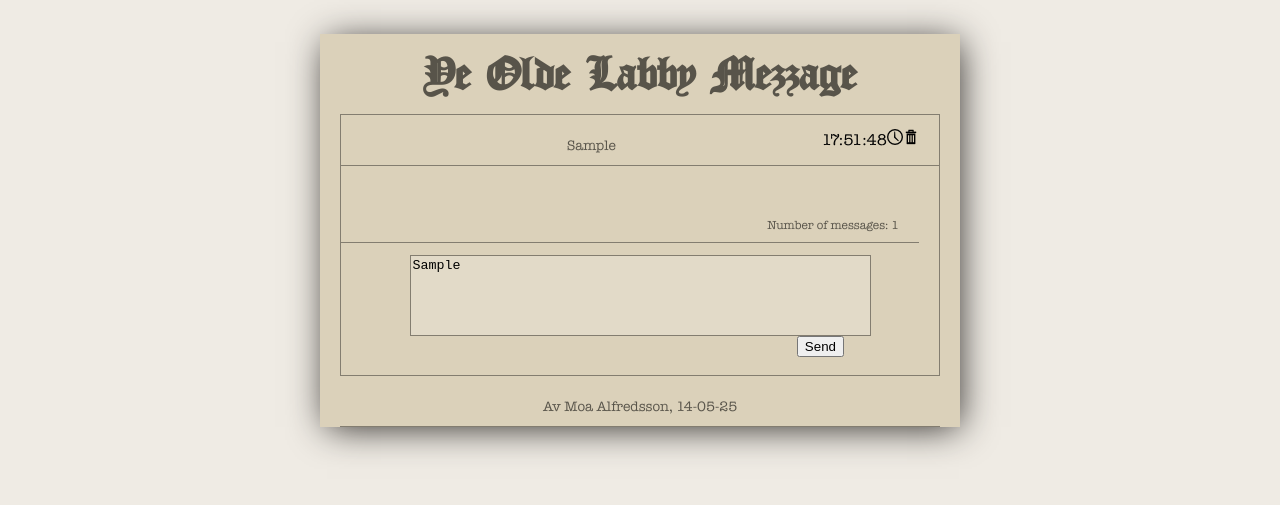
Repository: ma223md/1dv403-laborationer
Page: 2-labbymezzage/index.html
The author's editor kept a record of every edit. The page is drawn from the files as they stood at one moment, then again after the next edit.
The browser window is 1280 px wide. The pictures show the whole page.
Empty fields were first filled with sample values (such as "Sample", 5 or name@example.com).
After loading, the first visible `#button` was clicked once.

Above is the page before.

After the next edit:
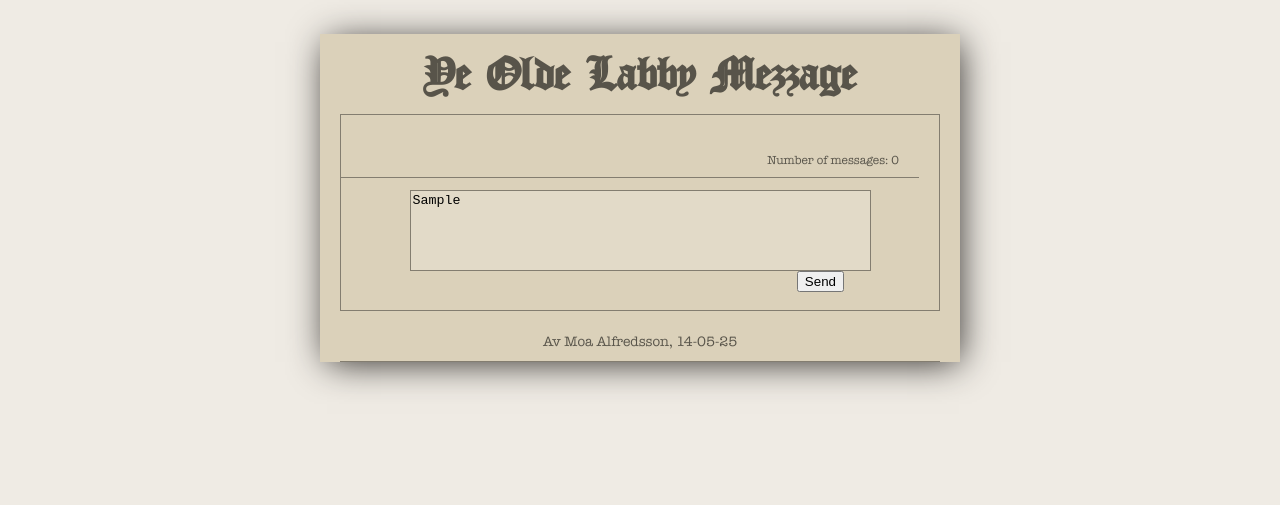
Console error: SyntaxError: Unexpected token 'return'
The edit:
--- a/2-labbymezzage/js/message.js
+++ b/2-labbymezzage/js/message.js
@@ -28,8 +28,8 @@
     };
 
     Message.prototype.getDateText = function() {
-        var currentDate = this.getDate(),
-        dateText = currentDate.getHours() + ":" + currentDate.getMinutes() + ":" + currentDate.getSeconds();
+        var currentDate = this.getDate().toLocalTimeString,
+        //dateText = currentDate.getHours() + ":" + currentDate.getMinutes() + ":" + currentDate.getSeconds();
 
         return dateText;
         //return this.getDate().toLocalTimeString();

After the 2 edits that followed:
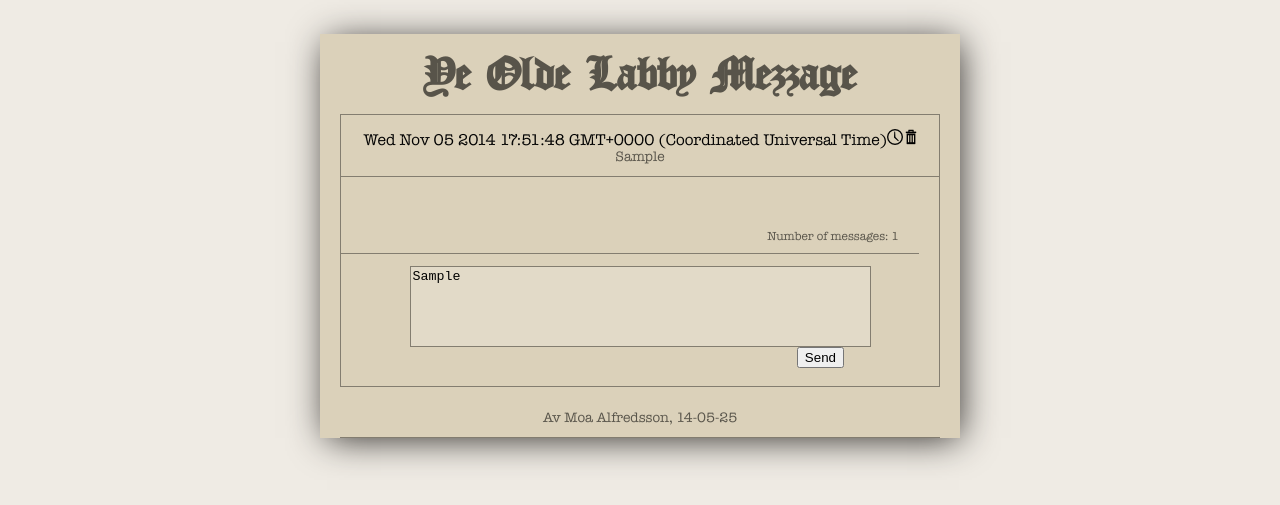
The error is gone.
The 2 edits are shown as one change because 1 left the picture as it was.
The edit:
--- a/2-labbymezzage/js/message.js
+++ b/2-labbymezzage/js/message.js
@@ -28,9 +28,9 @@
     };
 
     Message.prototype.getDateText = function() {
-        var currentDate = this.getDate().toLocalTimeString,
+        var currentDate = this.getDate();
         //dateText = currentDate.getHours() + ":" + currentDate.getMinutes() + ":" + currentDate.getSeconds();
 
-        return dateText;
+        return currentDate;
         //return this.getDate().toLocalTimeString();
     };
